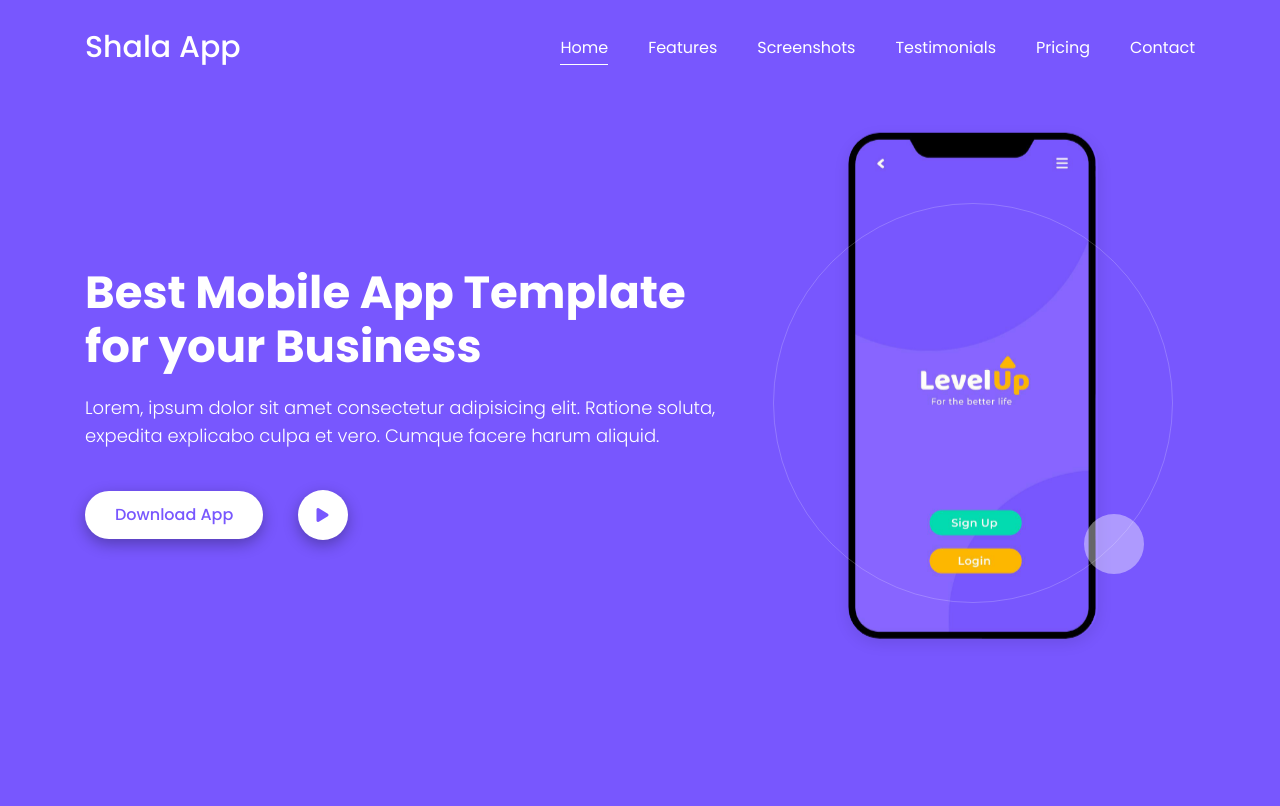
Repository: Mohamed-Hema/Shala-App
Page: index.html
An editor plug-in stored every save of this project. The page is shown before and after the next save, followed by the edit.
The browser window is 1280 px wide. The pictures show the whole page.
Some web libraries are served in a nearby version.

Above is the page before, as saved 2021-02-13 09:29:16.

### index.html
<!DOCTYPE html>
<html lang="zxx">
<head>
  <title>Shala - App Landing Page</title>
  <meta charset="utf-8">
  <meta name="viewport" content="width=device-width, initial-scale=1">
  <!-- owl carousel css -->
  <link rel="stylesheet" href="css/owl.carousel.min.css">
  <!-- font awesome icons -->
  <script src="https://kit.fontawesome.com/794108ad0e.js" crossorigin="anonymous"></script>
  <!-- bootstrap css -->
  <link rel="stylesheet" href="css/bootstrap.min.css">
  <!-- main css -->
  <link rel="stylesheet" href="css/style.css">
</head>
<body>

  <!-- Start NavBar -->
  <nav class="navbar navbar-expand-md fixed-top">
    <div class="container">
      <!-- Brand -->
      <a class="navbar-brand" href="#">Shala App</a>

      <!-- Toggler/collapsibe Button -->
      <button class="navbar-toggler" type="button" data-toggle="collapse" data-target="#collapsibleNavbar">
        <span class="navbar-toggler-icon"></span>
      </button>

      <!-- Navbar links -->
      <div class="collapse navbar-collapse" id="collapsibleNavbar">
        <ul class="navbar-nav ml-auto">
          <li class="nav-item">
            <a class="nav-link active" href="#">Home</a>
          </li>
          <li class="nav-item">
            <a class="nav-link" href="#">Features</a>
          </li>
          <li class="nav-item">
            <a class="nav-link" href="#">Screenshots</a>
          </li>
          <li class="nav-item">
            <a class="nav-link" href="#">Testimonials</a>
          </li>
          <li class="nav-item">
            <a class="nav-link" href="#">Pricing</a>
          </li>
          <li class="nav-item">
            <a class="nav-link" href="#">Contact</a>
          </li>
        </ul>
      </div>
    </div>
  </nav>

  <!-- End NavBar -->
  <!-- Start Home Section -->
  <section class="home d-flex align-items-center">
    <div class="container">
      <div class="row align-items-center">
        <div class="col-md-7">
          <div class="home-text">
            <h1>Best Mobile App Template for your Business</h1>
            <p>Lorem, ipsum dolor sit amet consectetur adipisicing elit. Ratione soluta, expedita explicabo culpa et vero. Cumque facere harum aliquid.</p>
            <div class="home-btn">
              <a href="#" class="btn btn-1">Download App</a>
              <button type="button" class="btn btn-1 video-play-btn">
                <i class="fas fa-play"></i>
              </button>
            </div>
          </div>
        </div>
        <div class="col-md-5 text-center">
          <div class="home-img">
            <div class="circle"></div>
            <img src="img/app-screenshots/1.png" alt="First App Screen">
          </div>
        </div>
      </div>
    </div>
  </section>
  <!-- End Home Section -->
<!-- jquery js -->
<script src="js/jquery.min.js"></script>
<!-- popper js -->
<script src="js/popper.min.js"></script>
<!-- bootstrap js -->
<script src="js/bootstrap.min.js"></script>
<!-- owl carousel js -->
<script src="js/owl.carousel.min.js"></script>
<!-- ScrollIt js -->
<script src="js/scrollIt.min.js"></script>
<!-- main js -->
<script src="js/main.js"></script>
</body>
</html>

### css/style.css
/* Start Global Styles */
@import url('https://fonts.googleapis.com/css2?family=Poppins:wght@300;400;500;600;700;800;900&display=swap');

*{
    margin: 0;
    padding: 0;
    outline: none!important;
}

:root{
    --main-color: #7857fe;
    --color-1: #e91e63;
    --color-2: #f5ae10;
    --color-3: #09d69c;
    --bg-dark: #2b2c2f;
    --main-to-dark-color: var(--main-color);
    --dark-to-main-color: var(--bg-dark);
    --shadow-black-100: 0 5px 15px rgba(0,0,0,.1);
    --shadow-black-300: 0 5px 15px rgba(0,0,0,.3);
    --black-900: #000;
    --black-400: #555555;
    --black-100: #f7f7f7;
    --black-000: #fff;
    --black-alpha-100: rgba(0,0,0,0.05);
}

body{
    font-family: 'Poppins', sans-serif;
    font-size: 16px;
    font-weight: 400;
    overflow-x: hidden;
    background-color: #fff;
    line-height: 1.5;
}
img{
    max-width: 100%;
    vertical-align: middle;
}
ul{
    list-style: none;
}
.btn-1{
    background-color: #fff;
    padding: 12px 30px;
    border: none;
    border-radius: 30px;
    color: var(--main-color);
    font-size: 16px;
    transition: all .5s ease;
    box-shadow: var(--shadow-black-300);
    font-weight: 500;
}
.btn-1:focus{
    box-shadow: var(--shadow-black-300);
}
.btn-1:hover{
    color: #fff;
    background-color: var(--main-color);
}
@keyframes spin_01{
    0%{
        transform: rotate(0deg);
    }
    100%{
        transform: rotate(360deg);
    }
}
@keyframes bounceTop_01{
    0%, 100%{
        transform: translateY(-30px);
    }
    50%{
        transform: translateY(0px);
    }
}
/* End Global Styles */
/* Start Navbar */
.navbar{
    background-color: var(--main-color);
    padding: 20px 0;
}
.navbar > .container{
    padding: 0 15px;
}
.navbar .navbar-brand{
    font-size: 30px;
    color: #fff;
    font-weight: 500;
}
.navbar .nav-item{
    margin-left: 40px;
}
.navbar .nav-item .nav-link{
    color: #fff;
    font-size: 16px;
    font-weight: 400;
    padding: 5px 0;
    position: relative;
}
.navbar .nav-item .nav-link::before{
    content: '';
    position: absolute;
    left: 0;
    right: 0;
    bottom: 0;
    height: 1px;
    background-color: #fff;
    transition: all .5s ease;
    transform: scale(0);
}
.navbar .nav-item .nav-link.active::before,
.navbar .nav-item .nav-link:hover::before{
    transform: scale(1);
}
.navbar .nav-item .nav-link:hover.active::before{
    transform: scale(0);
}
/* End Navbar */
/* Start Home Section */
.home{
    min-height: 100vh;
    padding: 150px 0;
    background-color: var(--main-to-dark-color);
}
.home-text h1{
    font-size: 45px;
    font-weight: 700;
    color: #fff;
    margin: 0 0 20px;
}
.home-text p{
    font-size: 18px;
    line-height: 28px;
    color: #fff;
    margin: 0;
    font-weight: 300;
}
.home .home-btn{
    margin-top: 40px;
}
.home .home-btn .video-play-btn{
    margin-left: 30px;
    height: 50px;
    width: 50px;
    padding: 0;
    font-size: 16px;
    animation: pulse_01 2s ease infinite;
}
.home .home-btn .video-play-btn i{
    line-height: 50px;
}
.home-img img{
    max-width: 250px;
    width: 100%;
    box-shadow: var(--shadow-black-100);
    border-radius: 32px;
    animation: bounceTop_01 3s ease infinite;
}

.home-img{
    position: relative;
}
.home-img .circle{
    position: absolute;
    z-index: 1;
    height: 400px;
    width: 400px;
    border: 1px solid rgba(255, 255, 255, .2);
    border-radius: 50%;
    top: 50%;
    left: 50%;
    transform: translate(-50%, -50%);
}
.home-img .circle::before{
    content: '';
    position: absolute;
    height: 60px;
    width: 60px;
    background-color: rgba(255, 255, 255, .4);
    border-radius: 50%;
    left: 30px;
    top: 30px;
    transform-origin: 170px 170px;
    animation: spin_01 10s linear infinite;
}

/* End Home Section */

Loaded but not shown: css/owl.carousel.min.css (library); css/bootstrap.min.css (library); js/jquery.min.js (library); js/popper.min.js (library); js/bootstrap.min.js (library); js/owl.carousel.min.js (library); js/scrollIt.min.js (common file); js/main.js (no copy from this time; the picture is the same without it)

After the next save:
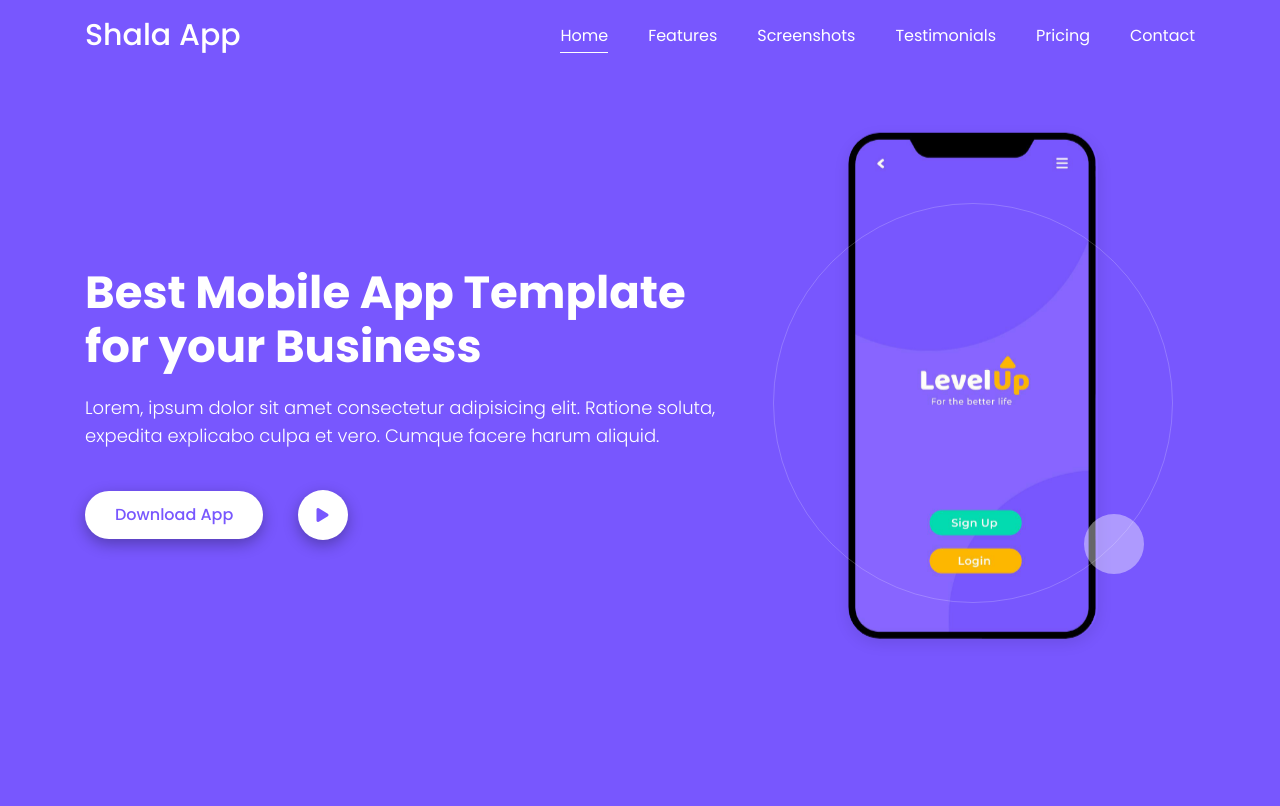
Saved 10 s later.
--- a/css/style.css
+++ b/css/style.css
@@ -73,6 +73,7 @@
         transform: translateY(0px);
     }
 }
+@keyframes
 /* End Global Styles */
 /* Start Navbar */
 .navbar{

After the save that followed:
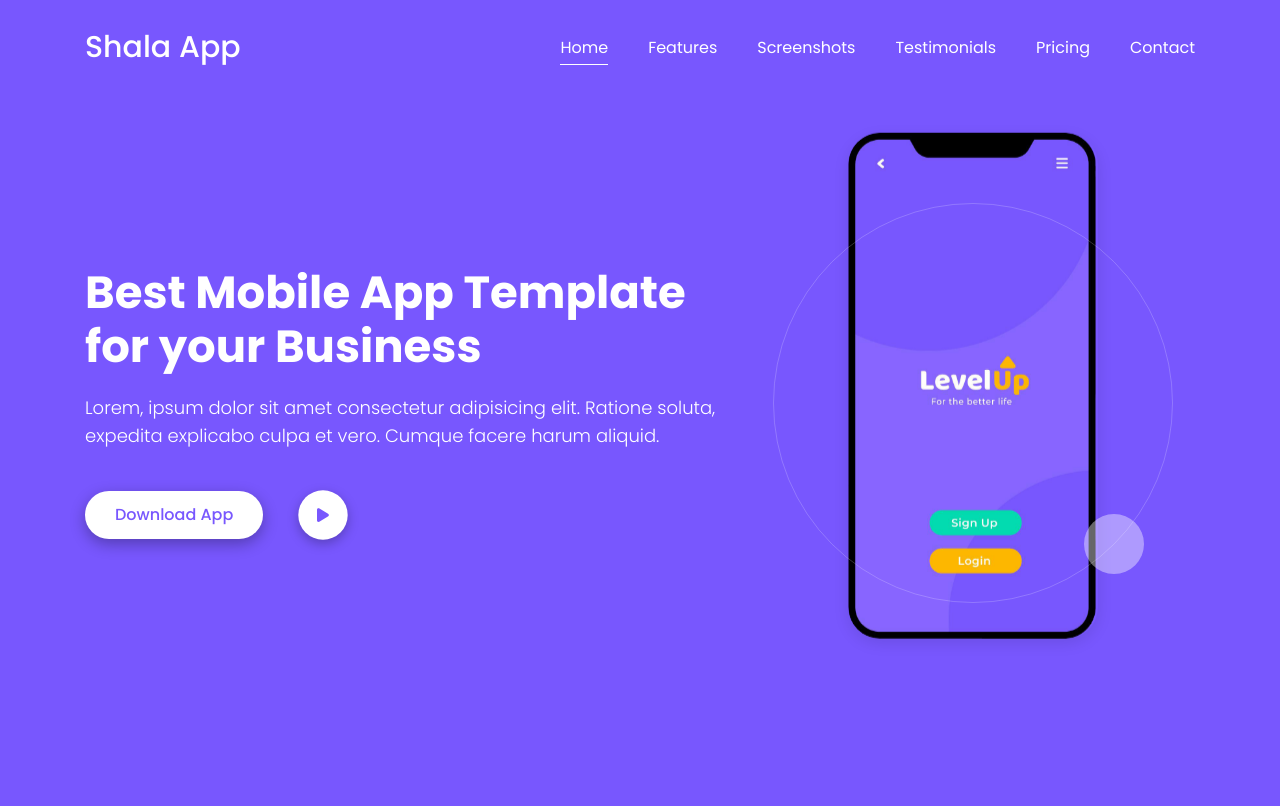
Saved 40 s later.
--- a/css/style.css
+++ b/css/style.css
@@ -73,7 +73,18 @@
         transform: translateY(0px);
     }
 }
-@keyframes
+@keyframes pulse_01{
+    0%{
+        transform: scale(0.94);
+        box-shadow: 0 0 0 0 rgba(0,0,0,.1);
+    }
+    70%{
+
+    }
+    100%{
+
+    }
+}
 /* End Global Styles */
 /* Start Navbar */
 .navbar{
